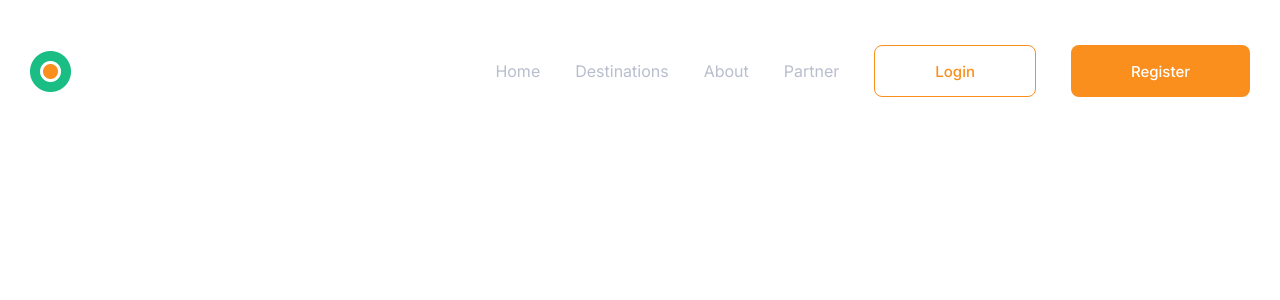
Repository: long5122000/sunny
Page: index.html
These files come from the project's save history. The page is drawn as it stood at one moment and after the next save; the edit follows.
The browser window is 1280 px wide. The pictures show the whole page.
The style sheet was rebuilt from its Sass, Less or Tailwind sources for each picture, by a compiler version that may differ from the author's.

Above is the page before, as saved 2021-11-24 19:46:48.

After the next save:
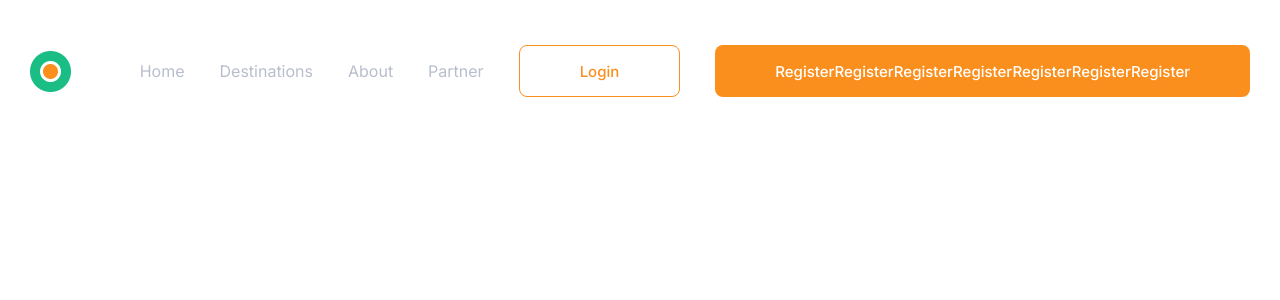
Saved 84 s later.
--- a/index.html
+++ b/index.html
@@ -36,7 +36,9 @@
                 <a href="#" class="btn btn--secondary">Login</a>
               </li>
               <li class="menu-item">
-                <a href="#" class="btn btn--primary">Register</a>
+                <a href="#" class="btn btn--primary"
+                  >RegisterRegisterRegisterRegisterRegisterRegisterRegister</a
+                >
               </li>
             </ul>
           </div>

After the 3 saves that followed:
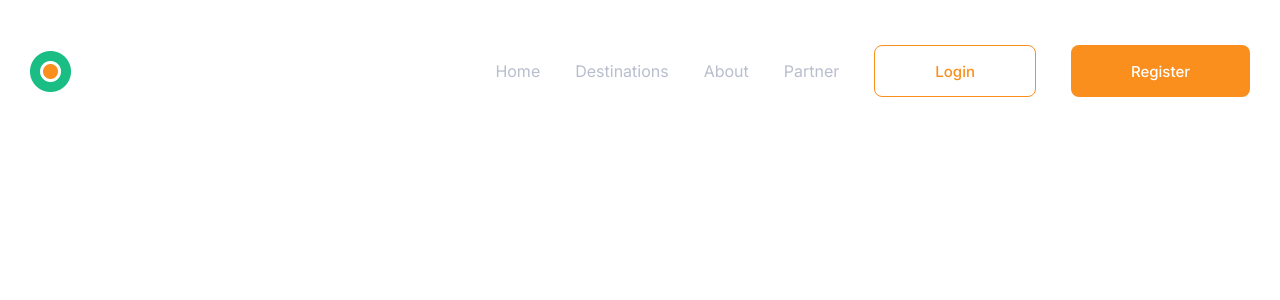
The 3 saves are shown as one change because 1 left the picture as it was and some came seconds apart.
The last was saved 38 s later.
--- a/index.html
+++ b/index.html
@@ -36,9 +36,7 @@
                 <a href="#" class="btn btn--secondary">Login</a>
               </li>
               <li class="menu-item">
-                <a href="#" class="btn btn--primary"
-                  >RegisterRegisterRegisterRegisterRegisterRegisterRegister</a
-                >
+                <a href="#" class="btn btn--primary">Register</a>
               </li>
             </ul>
           </div>
